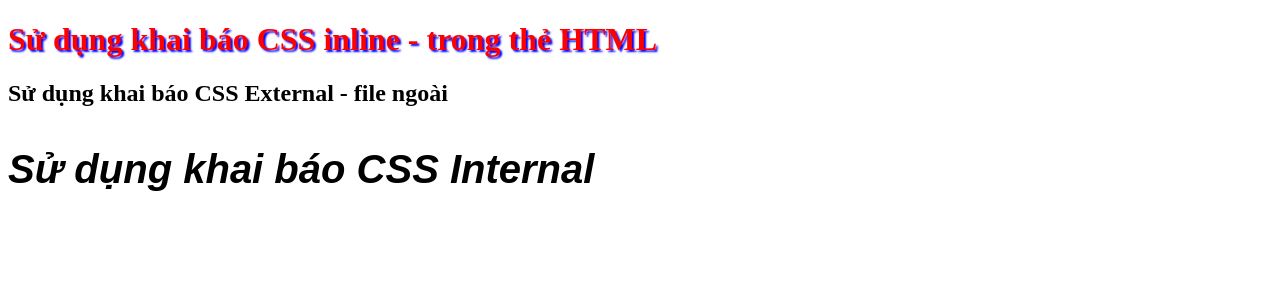
Repository: Pr-DuyTam/HTML-CSS-JS-PHP
Page: CSS/Bài Tập CSS/Bai1.html
An editor plug-in stored every save of this project. The page is shown before and after the next save, followed by the edit.
The browser window is 1280 px wide. The pictures show the whole page.

Above is the page before, as saved 2023-08-03 08:40:57.

After the next save:
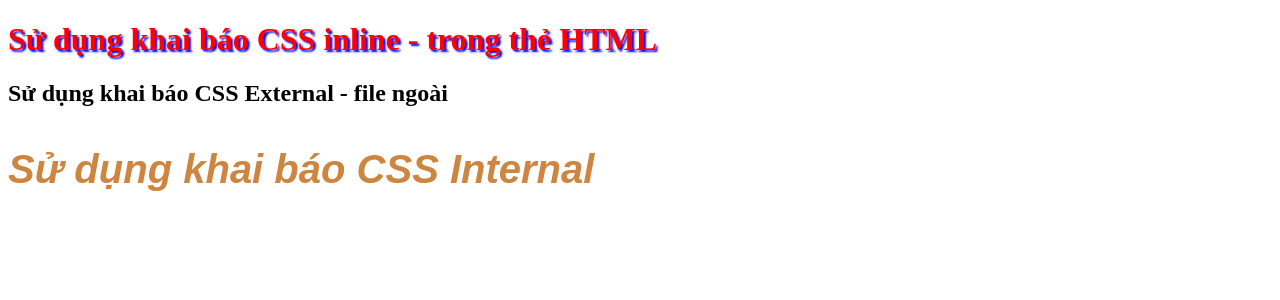
Saved 17 s later.
--- a/CSS/Bài Tập CSS/Bai1.html
+++ b/CSS/Bài Tập CSS/Bai1.html
@@ -14,6 +14,7 @@
             font-size: 40px; /*cỡ chữ*/
             font-style: italic; /*Chữ nghiêng*/
             font-weight: bold; /*Độ dày của chữ và giá trị in đậm*/
+            color: peru;
 
         }
     </style>
